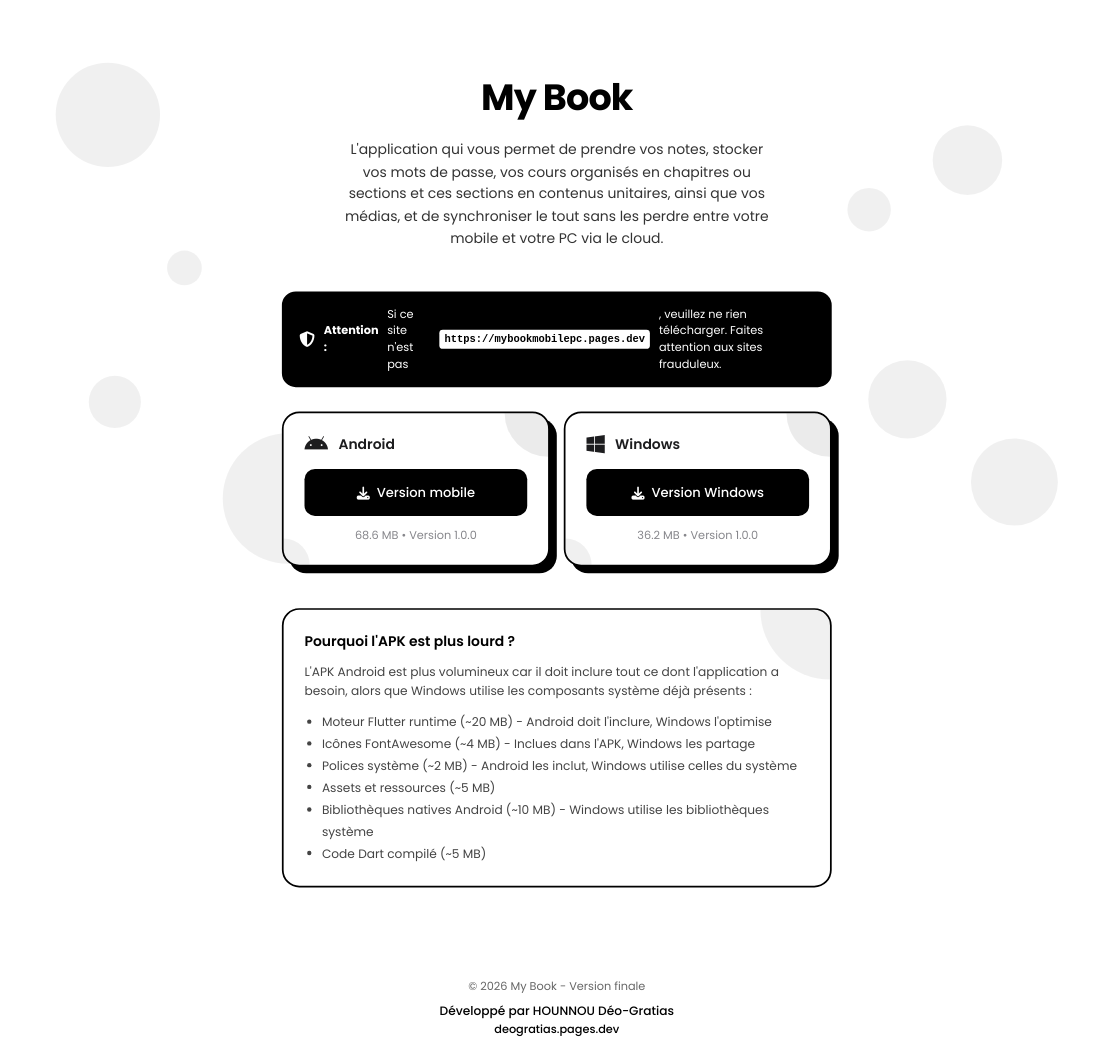
Repository: Deogratiasdev/app
Page: test.html
These files come from the project's save history. The page is drawn as it stood at one moment and after the next save; the edit follows.
The browser window is 1280 px wide. The pictures show the whole page, at 87% of full size.

Above is the page before, as saved 2026-04-12 00:23:15.

### test.html
<!DOCTYPE html>
<html lang="fr">
<head>
    <meta charset="UTF-8">
    <meta name="viewport" content="width=device-width, initial-scale=1.0">
    <title>My Book - Téléchargement</title>
    <link rel="preconnect" href="https://fonts.googleapis.com">
    <link rel="preconnect" href="https://fonts.gstatic.com" crossorigin>
    <link href="https://fonts.googleapis.com/css2?family=Poppins:wght@300;400;500;600;700&display=swap" rel="stylesheet">
    <link rel="stylesheet" href="https://cdnjs.cloudflare.com/ajax/libs/font-awesome/6.4.0/css/all.min.css">
    <style>
        * {
            margin: 0;
            padding: 0;
            box-sizing: border-box;
        }
        body {
            font-family: 'Poppins', sans-serif;
            background: #ffffff;
            color: #000000;
            line-height: 1.5;
            min-height: 100vh;
            display: flex;
            flex-direction: column;
        }
        .container {
            max-width: 680px;
            margin: 0 auto;
            padding: 80px 24px;
            flex: 1;
        }
        .header {
            text-align: center;
            margin-bottom: 48px;
        }
        .warning-box {
            background: #000000;
            border: 2px solid #000000;
            border-radius: 16px;
            padding: 14px 18px;
            margin-bottom: 28px;
            font-size: 13px;
            color: #ffffff;
            display: flex;
            align-items: center;
            gap: 10px;
        }
        .warning-box i {
            font-size: 18px;
            color: #ffffff;
            flex-shrink: 0;
        }
        .warning-box code {
            background: #ffffff;
            color: #000000;
            padding: 2px 6px;
            border-radius: 4px;
            font-family: 'Courier New', monospace;
            font-size: 12px;
            font-weight: 600;
        }
        h1 {
            font-size: 42px;
            font-weight: 700;
            margin-bottom: 16px;
            letter-spacing: -1px;
            color: #000000;
        }
        .description {
            font-size: 16px;
            color: #333333;
            line-height: 1.6;
            max-width: 500px;
            margin: 0 auto;
        }
        .downloads {
            display: flex;
            flex-direction: column;
            gap: 16px;
            margin-bottom: 48px;
        }
        .download-card {
            background: #ffffff;
            border: 2px solid #000000;
            border-radius: 20px;
            padding: 24px;
            position: relative;
            overflow: hidden;
            transition: transform 0.3s ease;
            box-shadow: 8px 8px 0px #000000;
        }
        .download-card:hover {
            transform: translateY(-4px);
            box-shadow: 12px 12px 0px #000000;
        }
        .download-card::before {
            content: '';
            position: absolute;
            top: -50px;
            right: -50px;
            width: 100px;
            height: 100px;
            background: #000000;
            border-radius: 50%;
            opacity: 0.08;
        }
        .download-card::after {
            content: '';
            position: absolute;
            bottom: -30px;
            left: -30px;
            width: 60px;
            height: 60px;
            background: #000000;
            border-radius: 50%;
            opacity: 0.06;
        }
        .download-card-header {
            display: flex;
            align-items: center;
            margin-bottom: 16px;
        }
        .download-card-header i {
            font-size: 24px;
            margin-right: 12px;
            color: #1d1d1f;
        }
        .download-card-header h2 {
            font-size: 16px;
            font-weight: 600;
            color: #1d1d1f;
        }
        .download-btn {
            display: flex;
            align-items: center;
            justify-content: center;
            width: 100%;
            padding: 16px 24px;
            background: #000000;
            color: #ffffff;
            text-decoration: none;
            font-size: 15px;
            font-weight: 500;
            border: none;
            border-radius: 12px;
            transition: background 0.2s ease;
        }
        .download-btn:hover {
            background: #333333;
        }
        .download-btn i {
            margin-right: 8px;
        }
        .download-info {
            font-size: 13px;
            color: #86868b;
            margin-top: 12px;
            text-align: center;
        }
        .info-section {
            background: #ffffff;
            border: 2px solid #000000;
            border-radius: 20px;
            padding: 24px;
            position: relative;
            overflow: hidden;
        }
        .info-section::before {
            content: '';
            position: absolute;
            top: -80px;
            right: -80px;
            width: 160px;
            height: 160px;
            background: #000000;
            border-radius: 50%;
            opacity: 0.06;
        }
        .info-section h3 {
            font-size: 16px;
            font-weight: 600;
            color: #000000;
            margin-bottom: 12px;
        }
        .info-section p {
            font-size: 14px;
            color: #444444;
            line-height: 1.6;
            margin-bottom: 12px;
        }
        .info-section ul {
            font-size: 14px;
            color: #444444;
            line-height: 1.8;
            margin-left: 20px;
        }
        .footer {
            text-align: center;
            padding: 24px;
            font-size: 13px;
            color: #666666;
        }
        .footer a {
            color: #000000;
            text-decoration: none;
            font-weight: 500;
            transition: color 0.2s ease;
        }
        .footer a:hover {
            color: #333333;
            text-decoration: underline;
        }
        .author {
            margin-top: 8px;
            font-size: 14px;
            font-weight: 500;
            color: #000000;
        }

        /* Bulles figées en background */
        .bg-bubbles {
            position: fixed;
            top: 0;
            left: 0;
            width: 100%;
            height: 100%;
            pointer-events: none;
            z-index: -1;
            overflow: hidden;
        }
        .bg-bubbles .bubble {
            position: absolute;
            background: #000000;
            border-radius: 50%;
            opacity: 0.06;
        }
        .bg-bubbles .bubble:nth-child(1) { width: 120px; height: 120px; top: 10%; left: 5%; }
        .bg-bubbles .bubble:nth-child(2) { width: 80px; height: 80px; top: 20%; right: 10%; }
        .bg-bubbles .bubble:nth-child(3) { width: 60px; height: 60px; top: 60%; left: 8%; }
        .bg-bubbles .bubble:nth-child(4) { width: 100px; height: 100px; top: 70%; right: 5%; }
        .bg-bubbles .bubble:nth-child(5) { width: 40px; height: 40px; top: 40%; left: 15%; }
        .bg-bubbles .bubble:nth-child(6) { width: 150px; height: 150px; bottom: 10%; left: 20%; }
        .bg-bubbles .bubble:nth-child(7) { width: 50px; height: 50px; top: 30%; right: 20%; }
        .bg-bubbles .bubble:nth-child(8) { width: 90px; height: 90px; bottom: 30%; right: 15%; }
        @media (min-width: 768px) {
            .downloads {
                flex-direction: row;
            }
            .download-card {
                flex: 1;
            }
        }
    </style>
</head>
<body>
    <div class="bg-bubbles">
        <div class="bubble"></div>
        <div class="bubble"></div>
        <div class="bubble"></div>
        <div class="bubble"></div>
        <div class="bubble"></div>
        <div class="bubble"></div>
        <div class="bubble"></div>
        <div class="bubble"></div>
    </div>
    <div class="container">
        <div class="header">
            <h1>My Book</h1>
            <p class="description">L'application qui vous permet de prendre vos notes, stocker vos mots de passe, vos cours organisés en chapitres ou sections et ces sections en contenus unitaires, ainsi que vos médias, et de synchroniser le tout sans les perdre entre votre mobile et votre PC via le cloud.</p>
        </div>

        <div class="warning-box">
            <i class="fas fa-shield-alt"></i>
            <strong>Attention :</strong> Si ce site n'est pas <code>https://mybookmobilepc.pages.dev</code>, veuillez ne rien télécharger. Faites attention aux sites frauduleux.
        </div>

        <div class="downloads">
            <div class="download-card">
                <div class="download-card-header">
                    <i class="fab fa-android"></i>
                    <h2>Android</h2>
                </div>
                <a href="https://github.com/Deogratiasdev/app/raw/main/releases/MyBook.apk" download class="download-btn"><i class="fas fa-download"></i> Version mobile</a>
                <p class="download-info">68.6 MB • Version 1.0.0</p>
            </div>

            <div class="download-card">
                <div class="download-card-header">
                    <i class="fab fa-windows"></i>
                    <h2>Windows</h2>
                </div>
                <a href="https://github.com/Deogratiasdev/app/raw/main/releases/MyBook_Setup.exe" download class="download-btn"><i class="fas fa-download"></i> Version Windows</a>
                <p class="download-info">36.2 MB • Version 1.0.0</p>
            </div>
        </div>

        <div class="info-section">
            <h3>Pourquoi l'APK est plus lourd ?</h3>
            <p>L'APK Android est plus volumineux car il doit inclure tout ce dont l'application a besoin, alors que Windows utilise les composants système déjà présents :</p>
            <ul>
                <li>Moteur Flutter runtime (~20 MB) - Android doit l'inclure, Windows l'optimise</li>
                <li>Icônes FontAwesome (~4 MB) - Inclues dans l'APK, Windows les partage</li>
                <li>Polices système (~2 MB) - Android les inclut, Windows utilise celles du système</li>
                <li>Assets et ressources (~5 MB)</li>
                <li>Bibliothèques natives Android (~10 MB) - Windows utilise les bibliothèques système</li>
                <li>Code Dart compilé (~5 MB)</li>
            </ul>
        </div>
    </div>

    <div class="footer">
        © 2026 My Book - Version finale<br>
        <div class="author">Développé par HOUNNOU Déo-Gratias</div>
        <a href="https://deogratias.pages.dev" target="_blank">deogratias.pages.dev</a>
    </div>
</body>
</html>

After the next save:
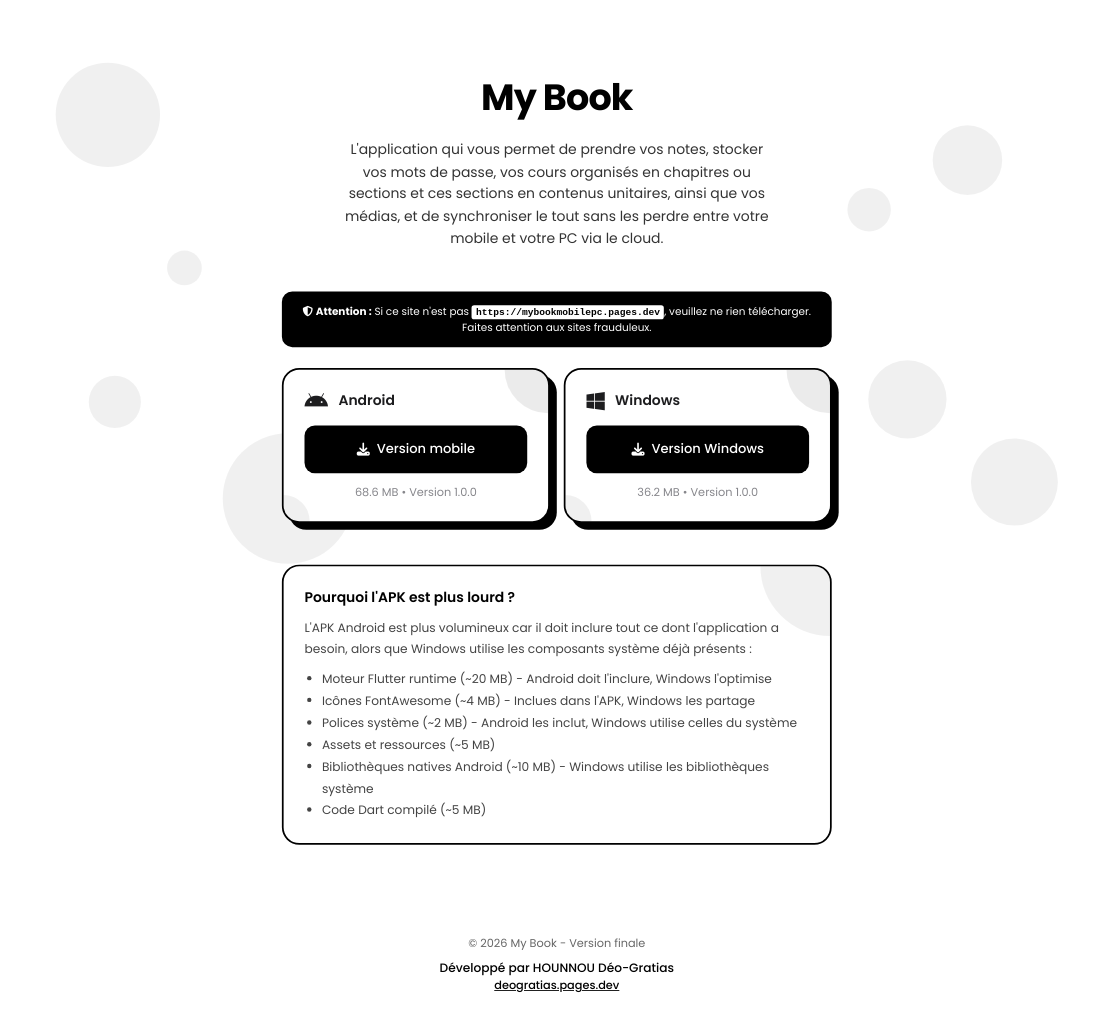
Saved 62 s later.
--- a/test.html
+++ b/test.html
@@ -36,27 +36,21 @@
         .warning-box {
             background: #000000;
             border: 2px solid #000000;
-            border-radius: 16px;
-            padding: 14px 18px;
-            margin-bottom: 28px;
-            font-size: 13px;
+            border-radius: 12px;
+            padding: 12px 16px;
+            margin-bottom: 24px;
+            font-size: 12px;
             color: #ffffff;
-            display: flex;
-            align-items: center;
-            gap: 10px;
-        }
-        .warning-box i {
-            font-size: 18px;
-            color: #ffffff;
-            flex-shrink: 0;
+            text-align: center;
+            line-height: 1.5;
         }
         .warning-box code {
             background: #ffffff;
             color: #000000;
-            padding: 2px 6px;
-            border-radius: 4px;
+            padding: 2px 5px;
+            border-radius: 3px;
             font-family: 'Courier New', monospace;
-            font-size: 12px;
+            font-size: 11px;
             font-weight: 600;
         }
         h1 {
@@ -202,13 +196,12 @@
         }
         .footer a {
             color: #000000;
-            text-decoration: none;
+            text-decoration: underline;
             font-weight: 500;
             transition: color 0.2s ease;
         }
         .footer a:hover {
             color: #333333;
-            text-decoration: underline;
         }
         .author {
             margin-top: 8px;
